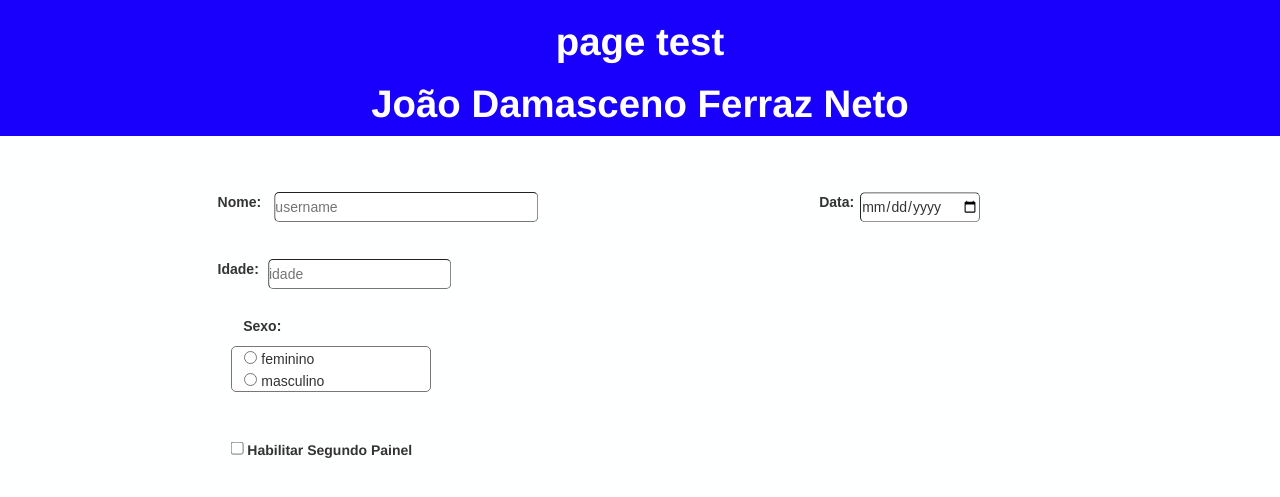
Repository: josceno/inital-page
Page: index.html
These files come from the project's save history. The page is drawn as it stood at one moment and after the next save; the edit follows.
The browser window is 1280 px wide. The pictures show the whole page.
Some web libraries are served in a nearby version.

Above is the page before, as saved 2022-02-20 18:33:41.
Console error: TypeError: Cannot read properties of null (reading 'innerHTML')

### index.html
<!DOCTYPE html>
<html>

  <head>

    <link data-require="bootstrap@3.3.7" data-semver="3.3.7" rel="stylesheet" href="https://maxcdn.bootstrapcdn.com/bootstrap/3.3.7/css/bootstrap.min.css" />
    <script data-require="jquery@*" data-semver="3.1.1" src="https://ajax.googleapis.com/ajax/libs/jquery/3.1.1/jquery.min.js"></script>
    <script data-require="bootstrap@3.3.7" data-semver="3.3.7" src="https://maxcdn.bootstrapcdn.com/bootstrap/3.3.7/js/bootstrap.min.js"></script>
    <script src="script.js">defer</script>
    <script data-require="angular.js@1.6.2" data-semver="1.6.2" src="https://ajax.googleapis.com/ajax/libs/angularjs/1.6.2/angular.js"></script>
    <link rel="stylesheet" href="style.css" />
    <script>
      const indexjs = __dirname
      module.exports = {indexjs}
    </script>
    <meta charset="UTF-8">

  </head>


  <body>

    <div class="content-wrap">
      <article>

      <header>
        <h2 style="font-size:3vw;">page test</h2>
        <h1 style="font-size:3vw;">João Damasceno Ferraz Neto</h1>

      </header>
      <div id= "form">
      <form action="action._page.php">


       <!-- entradas para Nome, Idade, a Data e o Genero-->
        <div class = "Nome">
        <label for="">Nome:</label>
        <input class="Nomu"  aria-required="true" id="Nome" name="Nome" placeholder="username" type="text" size="30" max len/>

        </div>

        <div class = "idade">
        <label class=age for="">Idade:</label>
          <input class=Idade id="idade" idade="idade"  placeholder="idade" type="number" size="20"  onkeypress="return event.charCode >= 48" min="1" >
        </div>

        <div class="Data">
          <label for="">Data:</label>
            <input class=data name="data" type="date" value=2021-12-27 required id="Data"  min=2021-12-27 required></input>


          </div>
          <p class= genderlabel> Sexo:</p>
          <div class="sexo">

            <div class="genradio">
              <input type= radio name=genderi value=Feminino>   feminino<br>
              <input type= radio name=genderi value=masculino> masculino<br>

            </div>
          </div>
          <!-- O botão apresentar-->



            <button id=btn class=btnpresent onclick="clicar(); return false;" style="display:none;">Apresentar</button>



          </div>




        <div class="checkbottom">
          <div class= check>
            <input  name=checkbox id=check1 type=checkbox value=" " onclick="aparescercampo()"/>
          <label for="">Habilitar Segundo Painel</label>
        </div>
       </div>

        <textarea   class=txt id="txt" name="txt" placeholder="Aqui vai os datados registrados acima, a primeira linha são os dados e a segunda é o numero de palavras" type="text" size="30" readonly maxlength=10000 style="display:none;"></textarea>
        <p class=titlex2 id=txt2title style="display:none;">texto Livre:</p>
        <textarea   class=txt2 id="txt2" name="txt2" placeholder="insira aqui um texto ele será contado e exibido no segundo painel" type="text" size="30"  maxlength=10000 style="display:none;"></textarea>

      </form>
    </div>

     </div>




      </style>
      <!--

        Sua estrutura html aqui

      -->
    </article>
    </div>

    <script src="script.js"></script>
  </body>

</html>

### script.js
// Seus scripts aqui
function datetime() {
  var title = document.getElementById('Data');
  var now = new Date();

  title.innerHTML = title.innerHTML + ' (' + now.toLocaleTimeString() + ')';
}


datetime();
D = new Date
dia = D.getDate()
mes = D.getMonth()+1
ano= D.getFullYear()
console.log(dia)
console.log(mes)
console.log(ano)
data = document.getElementById("Data")
data.min = ano+"-"+mes+"-"+dia;
data.value = ano+"-"+mes+"-"+dia;
DI= new Date(data.value)
outrodia= DI.getDate()+1
console.log(outrodia)
outromes= DI.getMonth()+1

console.log(outromes)

outroano= DI.getFullYear()

console.log(outroano)

console.log(document.getElementById("Data").value)




function aparescercampo(){
  var cb = document.getElementById("check1");
  var inputo = document.getElementById("txt");
  var inputo2 = document.getElementById("txt2");
  var btninput = document.getElementById("btn")
  var txt2label= document.getElementById("txt2title")
  if(cb.checked==true){
    inputo.style.display="block";
    inputo2.style.display="block";
    btninput.style.display="block";
    txt2label.style.display="block";

  }
  else{
    inputo.style.display="none";
    inputo2.style.display="none";
    btninput.style.display="none";
    txt2label.style.display="";
  }
}
function clicar()
{
  let gender = document.forms[0];
  let txt = "";

      txt = txt+ gender[0].value + "";
      document.getElementById("txt").value = "nome: "+  txt +"\n"


  let gender1 = document.getElementById("idade")
  let txt1 = "";


      txt1 = txt1+ gender1.value + "";
      document.getElementById("txt").value = "nome: "+  txt +"\n"+" idade: "+ txt1




      let gender2 = document.getElementById("Data")
      let Retxt2 = "";
      DI= new Date(data.value)
outrodia= DI.getDate()+1
console.log(outrodia)
outromes= DI.getMonth()+1

console.log(outromes)

outroano= DI.getFullYear()

console.log(outroano)

console.log(document.getElementById("Data").value)
if(outrodia == NaN|| outrodia == "[object HTMLTextAreaElement]"){
  alert("data invalida0")
}



      if(outroano>=ano ) {
        console.log("passou")
        console.log(ano)
        console.log(outroano)
        if(outroano>ano ){
          console.log("passou direto")
          console.log(outroano)
          gender2 = document.getElementById("Data")
             Retxt2 = "";
            console.log("passou")
              Retxt2 = Retxt2+ gender2.value + "";
              txt2 = Retxt2.split('-').reverse().join('-')
              document.getElementById("txt").value = "nome: "+  txt +"\n"+" idade: "+ txt1 +"\n"+ " data de registro " + txt2
        }
        else{if(outromes>=mes){
          console.log("passou")
          console.log(outromes)
          if(outrodia>= dia){
             gender2 = document.getElementById("Data")
             Retxt2 = "";
            console.log("passou")
              Retxt2 = Retxt2+ gender2.value + "";
              txt2 = Retxt2.split('-').reverse().join('-')
              document.getElementById("txt").value = "nome: "+  txt +"\n"+" idade: "+ txt1 +"\n"+ " data de registro " + txt2

          }
          else{
              alert("errou o dia")
              Retxt2 = Retxt2+ gender2.value + "";
              Retxt2= " "
              txt2 = Retxt2.split('-').reverse().join('-')
              document.getElementById("txt").value = "nome: "+  txt +"\n"+" idade: "+ txt1 +"\n"+ " data de registro " + txt2
          }
      }
      else{
          console.log("errou o mes")
          alert("errou o mes")
          txt2 = " "
      }}

      }
    else{
        if(outroano<ano){
        console.log("ano menor")
        txt2 = " "
        }
      }
      document.getElementById("txt").value = "nome: "+  txt +"\n"+" idade: "+ txt1 +"\n"+ " data de registro " + txt2









      let genderi = document.forms[0];
      let txt3 = "";
      let i;

      for(i=0; i <genderi.length; i++)
      {
          if(genderi[i].checked){
          txt3 = txt3+ genderi[i].value + "";


          }

      }
      document.getElementById("txt").value = "---nome: "+  txt +"\n"+"idade: "+ txt1 +"\n"+" data de registro: " + txt2 +"\n"+" Genero: " + txt3

      let gender4= document.getElementById("txt2")
      let txt4 = "";


      txt4 = txt4+ gender4.value + "";
      document.getElementById("txt").value = "---nome: "+  txt +"\n"+"idade: "+ txt1 +"\n"+" data de registro: " + txt2 +"\n"+" Genero: " + txt3 +"\n"+ txt4


      let self = document.getElementById("txt2")
        self.value = " "+self.value+ " ";
        var dito = self.value.match(/ a(?=ao |ai |au |ae |aO |aI |aU |aE )\S+/g);
        var ditO = self.value.match(/ A(?=Ao |Ai |Au |Ae |AO |AI |AU |AE )\S+/g);
        var dite = self.value.match(/ e(?=eo |ei |eu |ea )\S+/g);
        var ditE = self.value.match(/ E(?=Eo |Ei |Eu |Ea |EO |EI |EU |EA )\S+/g);
        var diti = self.value.match(/ i(?=io |ie |iu |ia )\S+/g);
        var ditI = self.value.match(/ I(?=Io |Ia |Iu |Ie |IO |IA |IU |IE )\S+/g);
        var dita = self.value.match(/ o(?=oi |oe |ou |oa )\S+/g);
        var ditA = self.value.match(/ O(?=oa |oi |ou |oe |oA |oI |oU |oE )\S+/g);
        var ditu = self.value.match(/ u(?=ui |ue |uo |ua )\S+/g);
        var ditU = self.value.match(/ U(?=Ua |Ui |Uo |Ue |UO |UI |UA |UE )\S+/g);

        var num = self.value.match(/\S+[a,á,ã,e,é,ê,i,í,o,ó,ô,õ,u,ú,A,Á,Ã.E,Ê.É,I,Ì,O,Ó,Ô,Õ,U,Ú,Y]/g);
        var tirdone = self.value.match(/\S+[a,e,i,o,u,A,E,I,O,U,Y]/g);
        var spaces = self.value.match(/[a,á,ã,e,é,ê,i,í,o,ó,ô,õ,,u,ú,A,Á,Ã.E,Ê.É,I,Ì,O,Ó,Ô,Õ,U,Ú,Y]\S+/g);


        /// checkpoint para não perda de arquivo III agr vai
        var ao = dito ? dito.length: 0;
        var Ao = ditO ? ditO.length: 0;
        var oo = dita ? dita.length: 0;
        var Oo = ditA ? ditA.length: 0;
        var eo = dite ? dite.length: 0;
        var Eo = ditE ? ditE.length: 0;
        var io =  diti ? diti.length: 0;
        var Io =  ditI ? ditI.length: 0;
        var uo =  ditu ? ditu.length: 0;
        var Uo =  ditU ? ditU.length: 0;
        console.log("duas letras",ao, Ao)
        console.log("duas letrase",eo)
        console.log("duas letrase",io)
        console.log("duas letrase",oo)
        console.log("duas letrasu",uo)
        var word = num ? num.length: 0;
        console.log("NUM",word)
        var tirdw = tirdone ? tirdone.length: 0;
        console.log("terceir",tirdw)
        var words = (spaces ? spaces.length: 0);
        console.log("palavras",words)
        var finalwarudo = word + words - (tirdw + ao + eo + io + oo + uo+ Ao +Oo+ Eo+ Io+ Uo);

        console.log("final result",finalwarudo)
        if(words>word){
          var somaT= word -words;
          finalwarudo = words
          console.log("final result2",finalwarudo)
        }



        if(finalwarudo<0){finalwarudo= finalwarudo*-1;}

        if(txt2 == " "){
          alert("data invalida")
        }

        document.getElementById("txt").value = "---nome: "+  txt +"\n"+"---idade: "+ txt1 +"\n"+ "---data: " + txt2 +"\n"+ "---Genero: " + txt3   +"\n"+"-----------------------------------"+"\n"+"    "+ txt4 +"\n"+"-----------------------------------"+"\n"+ "---numero de palavras é: " + finalwarudo;


}

### style.css
/* Suas estilizações */


*{
  margin: 0;
  padding: 0;
}
body{
  width: 100%;
  max-width: 130.3px;
  margin: 20 auto;
  height: 700px;
  background-color:rgb(254, 255, 255);
}

.content-wrap {

  margin: auto;
}

.content-wrap h1 {
  text-align: center;
  color: #ffffff;
  font-weight: bold;
}
.content-wrap h2 {
  text-align: center;
  color: #ffffff;
  font-weight: bold;
}
header{
  width:100vw;
  background-color: #1900fc;
  padding: 1px 0;
}



.Nome{

  width:80px;
  font-family: Óptima, sans-serif;
  height: 40px;
  display:flex;
  padding: 20px 0;
  transform: translate(0,90%);
  position: relative;
  left:17vw;
}
.Nomu{

  height: 30px;
  transform: translate(5%,0%);
  border-width: 0.01cm;
  border-radius: 0.5rem;
}

.idade{
  width:80px;
  display:flex;
  padding: 20px 0;
  transform: translate(0,90%);
  position: relative;
  left:17vw;
  font-family: Óptima, sans-serif;

}
.Idade{
  transform: translate(5%,0%);
  border-width: 0.01cm;
  border-radius: 0.5rem;
  height: 30px;
}
.Data{
  height: 60px;
  width:300px;
  display:flex;
  padding: 20px 0;
  margin-bottom: 10px;
  position: relative;
  transform: translate(0%,-123%);
  top:30%;
  left: 64vw;
  font-family: Óptima, sans-serif;
}
.data{
  height: 30px;
  transform: translate(5%,0%);
  border-radius: 0.5rem;
  border-width: 0.01cm;
}
.sexo{
  width: 200px;
  font-family: Óptima, sans-serif;
  border-style: solid;
  border-width: 0.01cm;
  border-color: rgb(121, 118, 118);
  border-radius: 0.5rem;
  margin-left: 10%;
  transform: translate(0,0%);
  position: relative;
  left:17vw;
  background-color:rgb(255, 255, 255) ;
}
.genradio{
  position: relative;
  left: 1vw
}
.genderlabel{
  font-family: Óptima, sans-serif;
  font-weight: 600;
  position: relative;
  left:19vw;
}


.check{
  width:300px;
  padding: 20px 0;
  transform: translate(17vw,2vw);
  margin-bottom: 10px;
  position: relative;
  left:1vw;

}
.txt2{
  height: 130px;
  width:260px;
  display:flex;
  padding: 20px 0;
  margin-bottom: 10px;
  position: relative;
  transform: translate(0%,-305%);
  top:60%;
  left: 64vw;
  font-family: Óptima, sans-serif;
  border-radius: 0.5rem;
}
.txt{
  color: #000000;
  font-style: italic;
  font-family: Óptima, sans-serif;
  font-weight: bold;
  font-size: 15px;
  padding: 20px 0;
  position: relative;
  left:18vw;
  border-radius: 0.5rem;
  height: 170px;
  width:800px;
  background-color:rgba(189, 185, 185, 0.685) ;

}
.titlex2{
  font-family: Óptima, sans-serif;
  display:flex;
  padding: 20px 0;
  margin-bottom: 10px;
  position: relative;
  transform: translate(10%,-630%);
  top:60%;
  left: 64vw;

}



.btnpresent{

  transform: translate(0%,900%);
  left:1000px;
  padding: 5px 0;
  background: #016ABC;
  color: #fff;
  border: 1px solid #eee;
  border-radius: 0.5rem;
  box-shadow: 5px 5px 5px #eee;
  text-shadow:none;
  width: 80px;
  position: relative;

}
.btnpresent:hover{
  background: rgba(0, 0, 0, 0);
  color: #016ABC;
  box-shadow:insert 0 0 0 3px  #016ABC;
}
.word{
  transform: translate(60%,-115%);
}

After the next save:
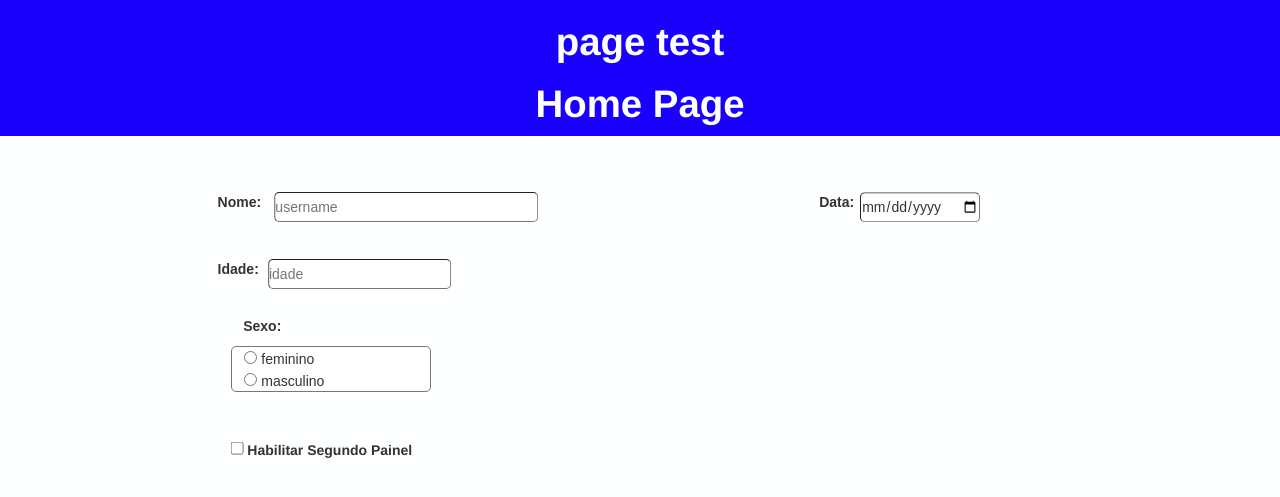
Saved 77 min 33 s later.
--- a/index.html
+++ b/index.html
@@ -25,7 +25,7 @@
 
       <header>
         <h2 style="font-size:3vw;">page test</h2>
-        <h1 style="font-size:3vw;">João Damasceno Ferraz Neto</h1>
+        <h1 style="font-size:3vw;">Home Page</h1>
 
       </header>
       <div id= "form">
